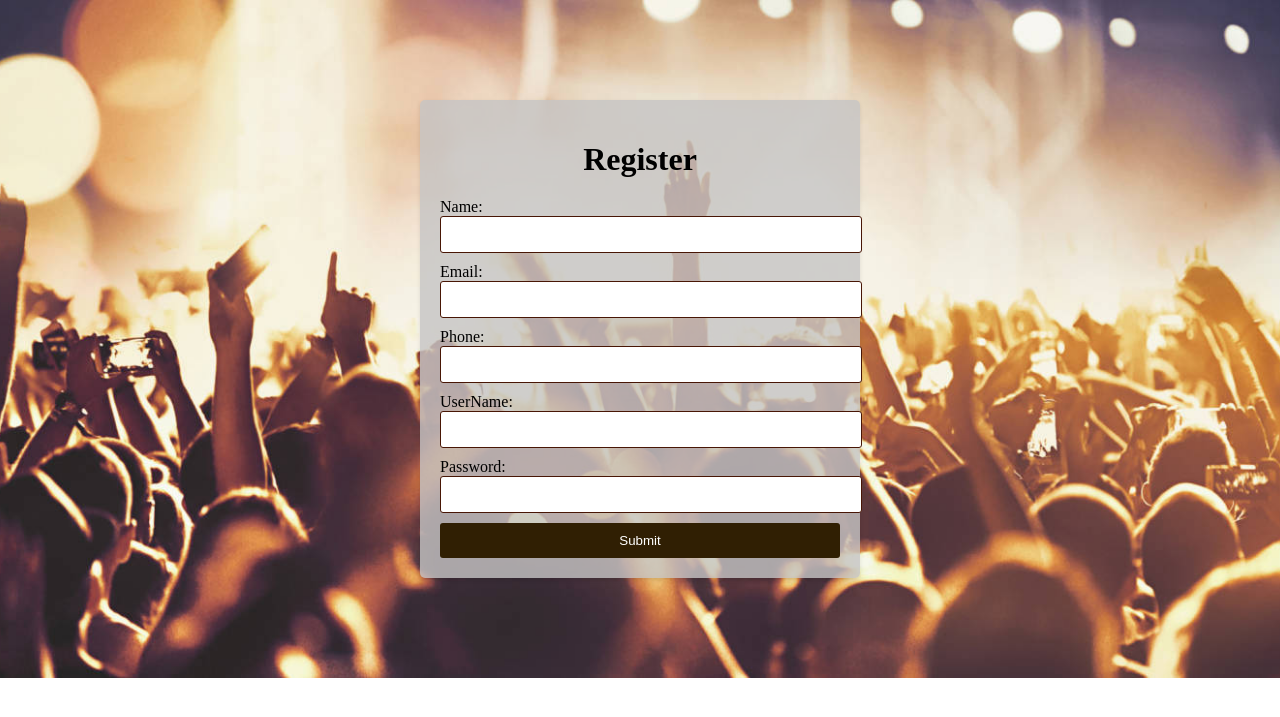
Repository: Dulankayapa/2ndyearoopprojrct
Page: http://localhost/feedback/Registration.jsp
An editor plug-in stored every save of this project. The page is shown before and after the next save, followed by the edit.
The browser window is 1280 px wide. The pictures show the whole page.
The page is served by Tomcat 9.

Above is the page before, as saved 2023-10-22 18:36:47.

After the next save:
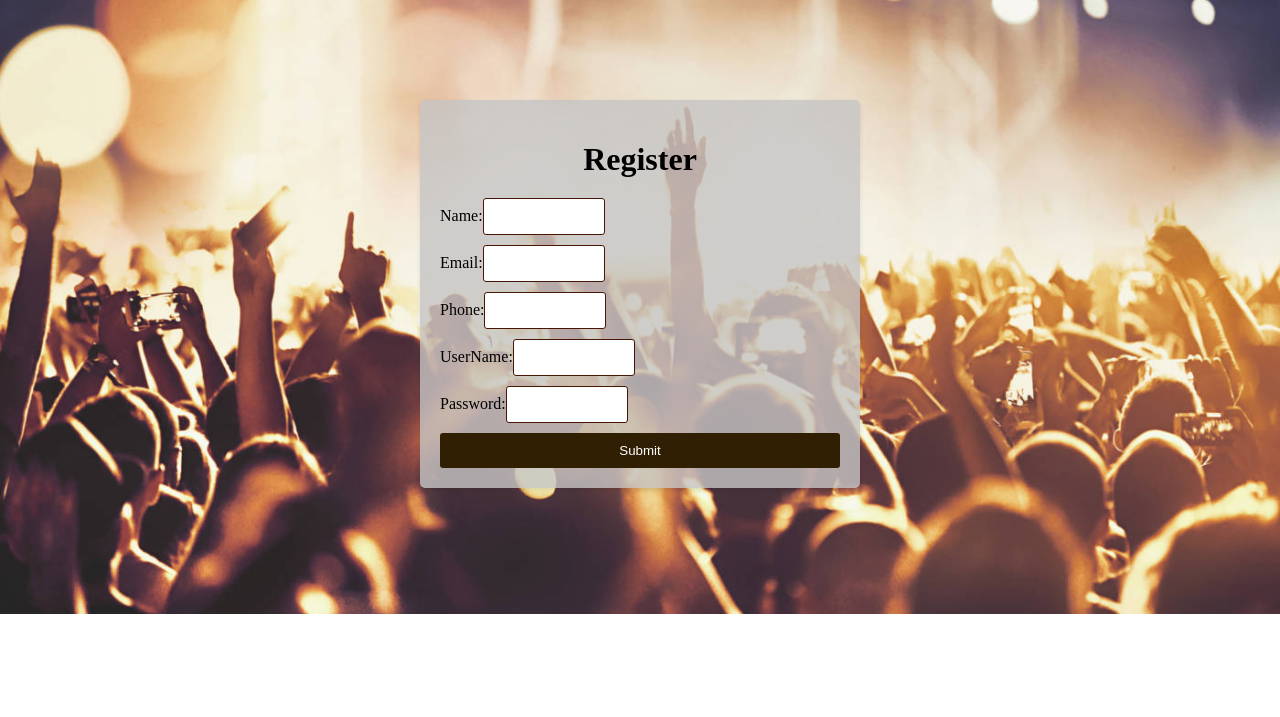
Saved 15 s later.
--- a/feedback/src/main/webapp/Registration.jsp
+++ b/feedback/src/main/webapp/Registration.jsp
@@ -28,7 +28,7 @@
 
   input[type="text"],
   input[type="password"] {
-    width: 100%;
+    width: 100px;
     padding: 10px;
     border: 1px solid hsl(15, 87%, 15%);
     border-radius: 3px;
